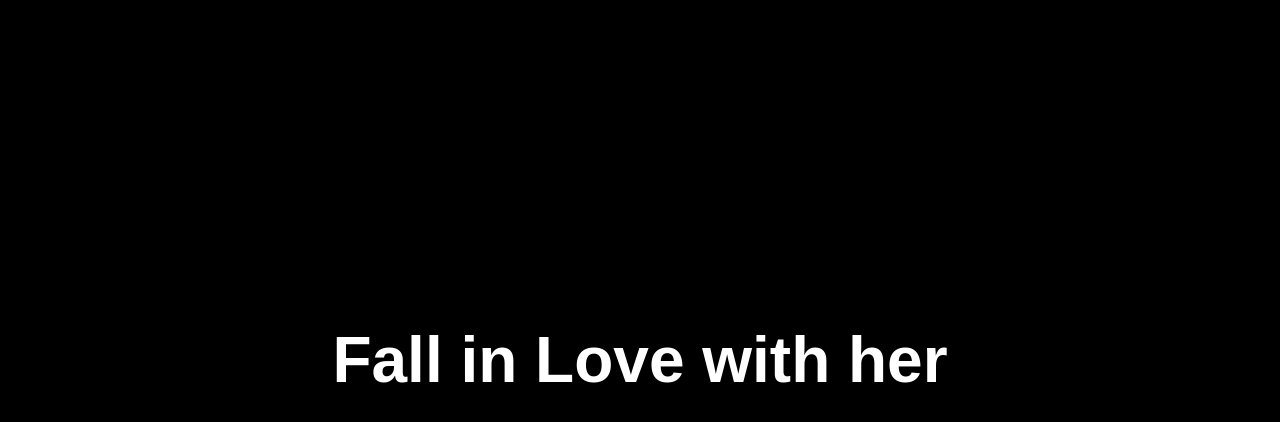
Repository: triumph-star/CSS-practice
Page: One CSS per day/broken/index.html
An editor plug-in stored every save of this project. The page is shown before and after a run of saves, followed by the edit.
The browser window is 1280 px wide. The pictures show the whole page.
Some web fonts or font styles are not loaded; a fallback is used.

Above is the page before, as saved 2020-11-13 16:01:57.

### One CSS per day/broken/index.html
<!DOCTYPE html>
<html lang="zh-cn">
<head>
  <meta charset="UTF-8">
  <meta name="viewport" content="width=device-width, initial-scale=1.0">
  <title>broken-text</title>
  <link rel="stylesheet" href="./css.css"></link>
</head>
<body>
  <h2><span>F</span>all in <span>Lo</span>ve with her</h2>
</body>
</html>

### One CSS per day/broken/css.css
@import url(./font.css);

*{
  margin: 0;
  padding: 0;
  font-family: 'Poppins', sans-serif;
}

body{

  display: flex;
  justify-content: center;
  align-items: center;
  min-height: 100vh;
  background: #000000;
}

h2{
  position: relative;
  margin: 0;
  font-size: 4em;
  font-weight: 900;
  color: #ffffff;
  z-index: 1;
  overflow: hidden;
}

### One CSS per day/broken/font.css
/* devanagari */
@font-face {
  font-family: 'Poppins';
  font-style: normal;
  font-weight: 400;
  font-display: swap;
  src: local('Poppins Regular'), local('Poppins-Regular'), url(https://fonts.gstatic.com/s/poppins/v15/pxiEyp8kv8JHgFVrJJbecmNE.woff2) format('woff2');
  unicode-range: U+0900-097F, U+1CD0-1CF6, U+1CF8-1CF9, U+200C-200D, U+20A8, U+20B9, U+25CC, U+A830-A839, U+A8E0-A8FB;
}

/* latin-ext */
@font-face {
  font-family: 'Poppins';
  font-style: normal;
  font-weight: 400;
  font-display: swap;
  src: local('Poppins Regular'), local('Poppins-Regular'), url(https://fonts.gstatic.com/s/poppins/v15/pxiEyp8kv8JHgFVrJJnecmNE.woff2) format('woff2');
  unicode-range: U+0100-024F, U+0259, U+1E00-1EFF, U+2020, U+20A0-20AB, U+20AD-20CF, U+2113, U+2C60-2C7F, U+A720-A7FF;
}

/* latin */
@font-face {
  font-family: 'Poppins';
  font-style: normal;
  font-weight: 400;
  font-display: swap;
  src: local('Poppins Regular'), local('Poppins-Regular'), url(https://fonts.gstatic.com/s/poppins/v15/pxiEyp8kv8JHgFVrJJfecg.woff2) format('woff2');
  unicode-range: U+0000-00FF, U+0131, U+0152-0153, U+02BB-02BC, U+02C6, U+02DA, U+02DC, U+2000-206F, U+2074, U+20AC, U+2122, U+2191, U+2193, U+2212, U+2215, U+FEFF, U+FFFD;
}

/* devanagari */
@font-face {
  font-family: 'Poppins';
  font-style: normal;
  font-weight: 500;
  font-display: swap;
  src: local('Poppins Medium'), local('Poppins-Medium'), url(https://fonts.gstatic.com/s/poppins/v15/pxiByp8kv8JHgFVrLGT9Z11lFc-K.woff2) format('woff2');
  unicode-range: U+0900-097F, U+1CD0-1CF6, U+1CF8-1CF9, U+200C-200D, U+20A8, U+20B9, U+25CC, U+A830-A839, U+A8E0-A8FB;
}

/* latin-ext */
@font-face {
  font-family: 'Poppins';
  font-style: normal;
  font-weight: 500;
  font-display: swap;
  src: local('Poppins Medium'), local('Poppins-Medium'), url(https://fonts.gstatic.com/s/poppins/v15/pxiByp8kv8JHgFVrLGT9Z1JlFc-K.woff2) format('woff2');
  unicode-range: U+0100-024F, U+0259, U+1E00-1EFF, U+2020, U+20A0-20AB, U+20AD-20CF, U+2113, U+2C60-2C7F, U+A720-A7FF;
}

/* latin */
@font-face {
  font-family: 'Poppins';
  font-style: normal;
  font-weight: 500;
  font-display: swap;
  src: local('Poppins Medium'), local('Poppins-Medium'), url(https://fonts.gstatic.com/s/poppins/v15/pxiByp8kv8JHgFVrLGT9Z1xlFQ.woff2) format('woff2');
  unicode-range: U+0000-00FF, U+0131, U+0152-0153, U+02BB-02BC, U+02C6, U+02DA, U+02DC, U+2000-206F, U+2074, U+20AC, U+2122, U+2191, U+2193, U+2212, U+2215, U+FEFF, U+FFFD;
}

/* devanagari */
@font-face {
  font-family: 'Poppins';
  font-style: normal;
  font-weight: 600;
  font-display: swap;
  src: local('Poppins SemiBold'), local('Poppins-SemiBold'), url(https://fonts.gstatic.com/s/poppins/v15/pxiByp8kv8JHgFVrLEj6Z11lFc-K.woff2) format('woff2');
  unicode-range: U+0900-097F, U+1CD0-1CF6, U+1CF8-1CF9, U+200C-200D, U+20A8, U+20B9, U+25CC, U+A830-A839, U+A8E0-A8FB;
}

/* latin-ext */
@font-face {
  font-family: 'Poppins';
  font-style: normal;
  font-weight: 600;
  font-display: swap;
  src: local('Poppins SemiBold'), local('Poppins-SemiBold'), url(https://fonts.gstatic.com/s/poppins/v15/pxiByp8kv8JHgFVrLEj6Z1JlFc-K.woff2) format('woff2');
  unicode-range: U+0100-024F, U+0259, U+1E00-1EFF, U+2020, U+20A0-20AB, U+20AD-20CF, U+2113, U+2C60-2C7F, U+A720-A7FF;
}

/* latin */
@font-face {
  font-family: 'Poppins';
  font-style: normal;
  font-weight: 600;
  font-display: swap;
  src: local('Poppins SemiBold'), local('Poppins-SemiBold'), url(https://fonts.gstatic.com/s/poppins/v15/pxiByp8kv8JHgFVrLEj6Z1xlFQ.woff2) format('woff2');
  unicode-range: U+0000-00FF, U+0131, U+0152-0153, U+02BB-02BC, U+02C6, U+02DA, U+02DC, U+2000-206F, U+2074, U+20AC, U+2122, U+2191, U+2193, U+2212, U+2215, U+FEFF, U+FFFD;
}

/* devanagari */
@font-face {
  font-family: 'Poppins';
  font-style: normal;
  font-weight: 700;
  font-display: swap;
  src: local('Poppins Bold'), local('Poppins-Bold'), url(https://fonts.gstatic.com/s/poppins/v15/pxiByp8kv8JHgFVrLCz7Z11lFc-K.woff2) format('woff2');
  unicode-range: U+0900-097F, U+1CD0-1CF6, U+1CF8-1CF9, U+200C-200D, U+20A8, U+20B9, U+25CC, U+A830-A839, U+A8E0-A8FB;
}

/* latin-ext */
@font-face {
  font-family: 'Poppins';
  font-style: normal;
  font-weight: 700;
  font-display: swap;
  src: local('Poppins Bold'), local('Poppins-Bold'), url(https://fonts.gstatic.com/s/poppins/v15/pxiByp8kv8JHgFVrLCz7Z1JlFc-K.woff2) format('woff2');
  unicode-range: U+0100-024F, U+0259, U+1E00-1EFF, U+2020, U+20A0-20AB, U+20AD-20CF, U+2113, U+2C60-2C7F, U+A720-A7FF;
}

/* latin */
@font-face {
  font-family: 'Poppins';
  font-style: normal;
  font-weight: 700;
  font-display: swap;
  src: local('Poppins Bold'), local('Poppins-Bold'), url(https://fonts.gstatic.com/s/poppins/v15/pxiByp8kv8JHgFVrLCz7Z1xlFQ.woff2) format('woff2');
  unicode-range: U+0000-00FF, U+0131, U+0152-0153, U+02BB-02BC, U+02C6, U+02DA, U+02DC, U+2000-206F, U+2074, U+20AC, U+2122, U+2191, U+2193, U+2212, U+2215, U+FEFF, U+FFFD;
}

/* devanagari */
@font-face {
  font-family: 'Poppins';
  font-style: normal;
  font-weight: 800;
  font-display: swap;
  src: local('Poppins ExtraBold'), local('Poppins-ExtraBold'), url(https://fonts.gstatic.com/s/poppins/v15/pxiByp8kv8JHgFVrLDD4Z11lFc-K.woff2) format('woff2');
  unicode-range: U+0900-097F, U+1CD0-1CF6, U+1CF8-1CF9, U+200C-200D, U+20A8, U+20B9, U+25CC, U+A830-A839, U+A8E0-A8FB;
}

/* latin-ext */
@font-face {
  font-family: 'Poppins';
  font-style: normal;
  font-weight: 800;
  font-display: swap;
  src: local('Poppins ExtraBold'), local('Poppins-ExtraBold'), url(https://fonts.gstatic.com/s/poppins/v15/pxiByp8kv8JHgFVrLDD4Z1JlFc-K.woff2) format('woff2');
  unicode-range: U+0100-024F, U+0259, U+1E00-1EFF, U+2020, U+20A0-20AB, U+20AD-20CF, U+2113, U+2C60-2C7F, U+A720-A7FF;
}

/* latin */
@font-face {
  font-family: 'Poppins';
  font-style: normal;
  font-weight: 800;
  font-display: swap;
  src: local('Poppins ExtraBold'), local('Poppins-ExtraBold'), url(https://fonts.gstatic.com/s/poppins/v15/pxiByp8kv8JHgFVrLDD4Z1xlFQ.woff2) format('woff2');
  unicode-range: U+0000-00FF, U+0131, U+0152-0153, U+02BB-02BC, U+02C6, U+02DA, U+02DC, U+2000-206F, U+2074, U+20AC, U+2122, U+2191, U+2193, U+2212, U+2215, U+FEFF, U+FFFD;
}

/* devanagari */
@font-face {
  font-family: 'Poppins';
  font-style: normal;
  font-weight: 900;
  font-display: swap;
  src: local('Poppins Black'), local('Poppins-Black'), url(https://fonts.gstatic.com/s/poppins/v15/pxiByp8kv8JHgFVrLBT5Z11lFc-K.woff2) format('woff2');
  unicode-range: U+0900-097F, U+1CD0-1CF6, U+1CF8-1CF9, U+200C-200D, U+20A8, U+20B9, U+25CC, U+A830-A839, U+A8E0-A8FB;
}

/* latin-ext */
@font-face {
  font-family: 'Poppins';
  font-style: normal;
  font-weight: 900;
  font-display: swap;
  src: local('Poppins Black'), local('Poppins-Black'), url(https://fonts.gstatic.com/s/poppins/v15/pxiByp8kv8JHgFVrLBT5Z1JlFc-K.woff2) format('woff2');
  unicode-range: U+0100-024F, U+0259, U+1E00-1EFF, U+2020, U+20A0-20AB, U+20AD-20CF, U+2113, U+2C60-2C7F, U+A720-A7FF;
}

/* latin */
@font-face {
  font-family: 'Poppins';
  font-style: normal;
  font-weight: 900;
  font-display: swap;
  src: local('Poppins Black'), local('Poppins-Black'), url(https://fonts.gstatic.com/s/poppins/v15/pxiByp8kv8JHgFVrLBT5Z1xlFQ.woff2) format('woff2');
  unicode-range: U+0000-00FF, U+0131, U+0152-0153, U+02BB-02BC, U+02C6, U+02DA, U+02DC, U+2000-206F, U+2074, U+20AC, U+2122, U+2191, U+2193, U+2212, U+2215, U+FEFF, U+FFFD;
}

After the next 3 saves:
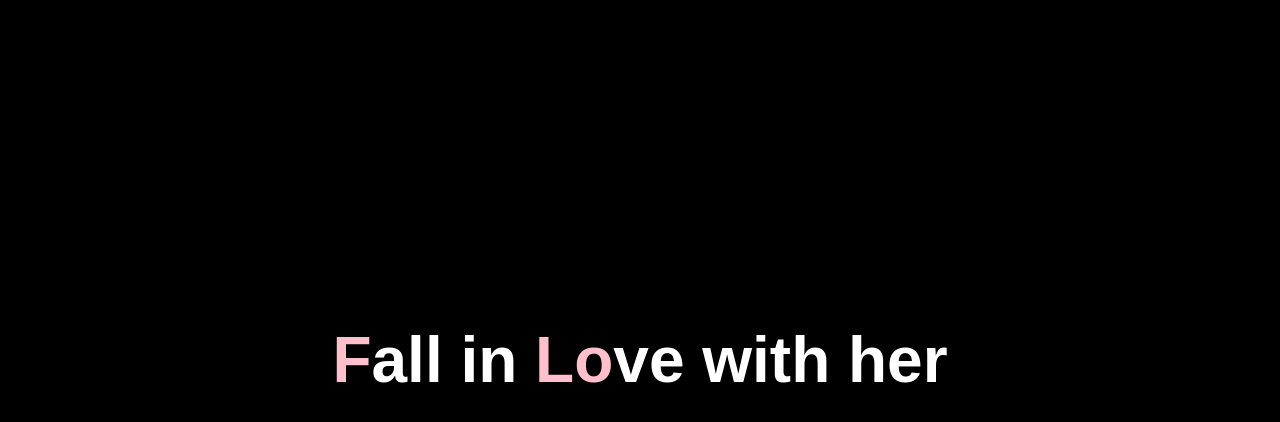
The 3 saves are shown as one change because they came seconds apart.
The last was saved 25 s later.
--- a/One CSS per day/broken/css.css
+++ b/One CSS per day/broken/css.css
@@ -24,3 +24,7 @@ h2{
   z-index: 1;
   overflow: hidden;
 }
+
+h2 span{
+  color: pink;
+}
